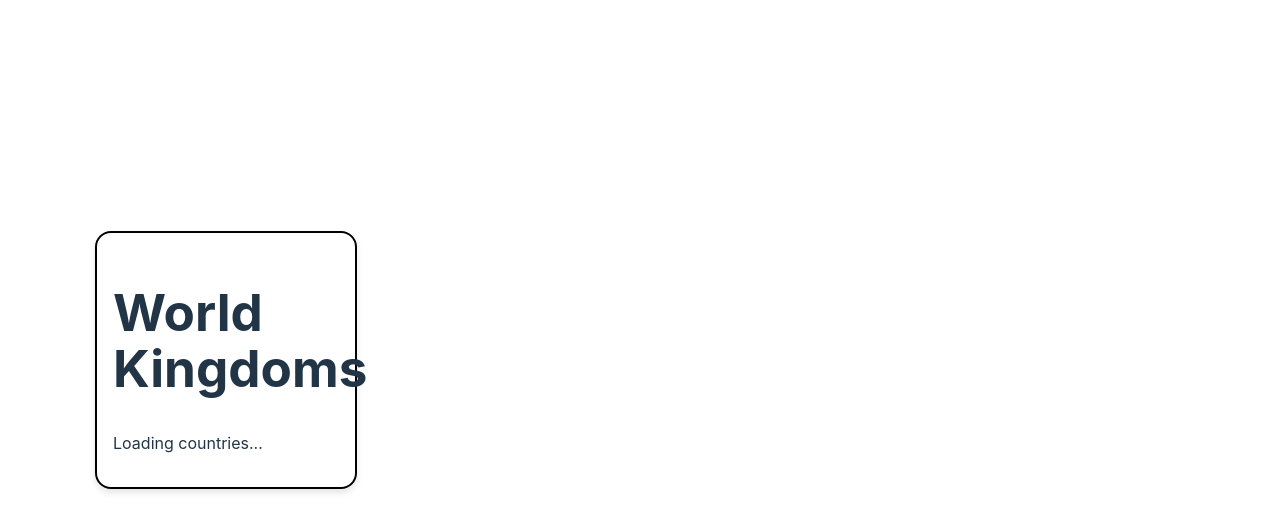
Repository: MelissaJacobi/lab-07
Page: /
These files come from the project's save history. The page is drawn as it stood at one moment and after a run of saves; the edit follows.
The browser window is 1280 px wide. The pictures show the whole page.
The page's requests for data from a server got no answer. The project was rebuilt for these pictures with package versions that can differ from the ones it lists, and the page was loaded fresh each time. No one was signed in, and anything a server would have sent is missing. Also part of the build but not shown: vite.config.js, src/components/Details.module.css, src/components/Details.jsx.

Above is the page before, as saved 2024-11-23 22:19:47.

After the next 2 saves:
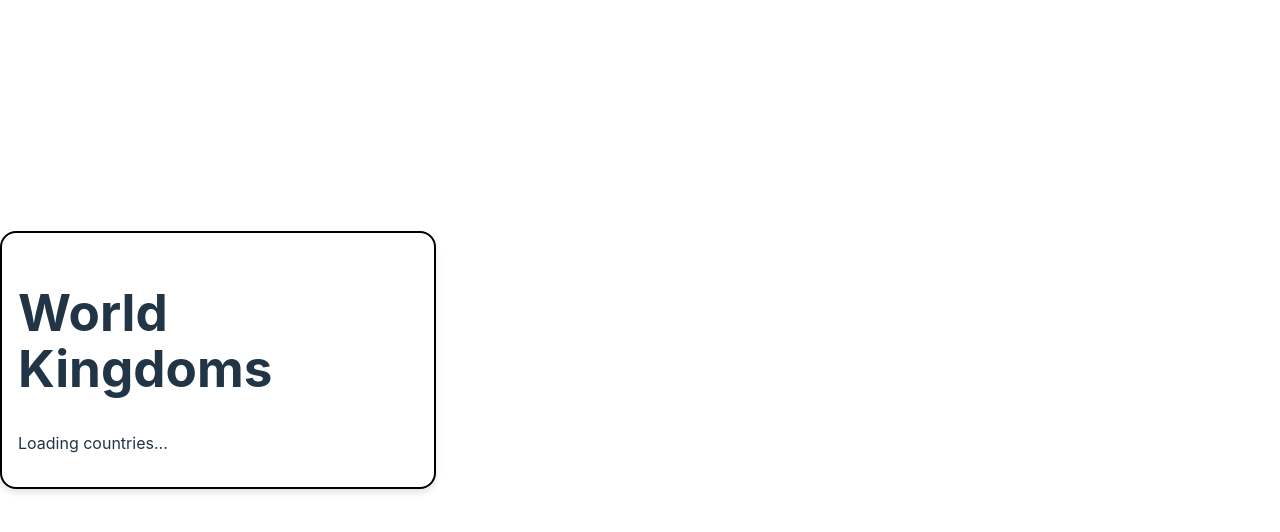
The 2 saves are shown as one change because they came seconds apart.
The last was saved 71 s later.
--- a/src/components/Countries.module.css
+++ b/src/components/Countries.module.css
@@ -1,5 +1,5 @@
 .container {
-    width: 50%;
+    width: 25rem;
     border: 2px solid black;
     margin: 1rem auto;
     padding: 1rem;
